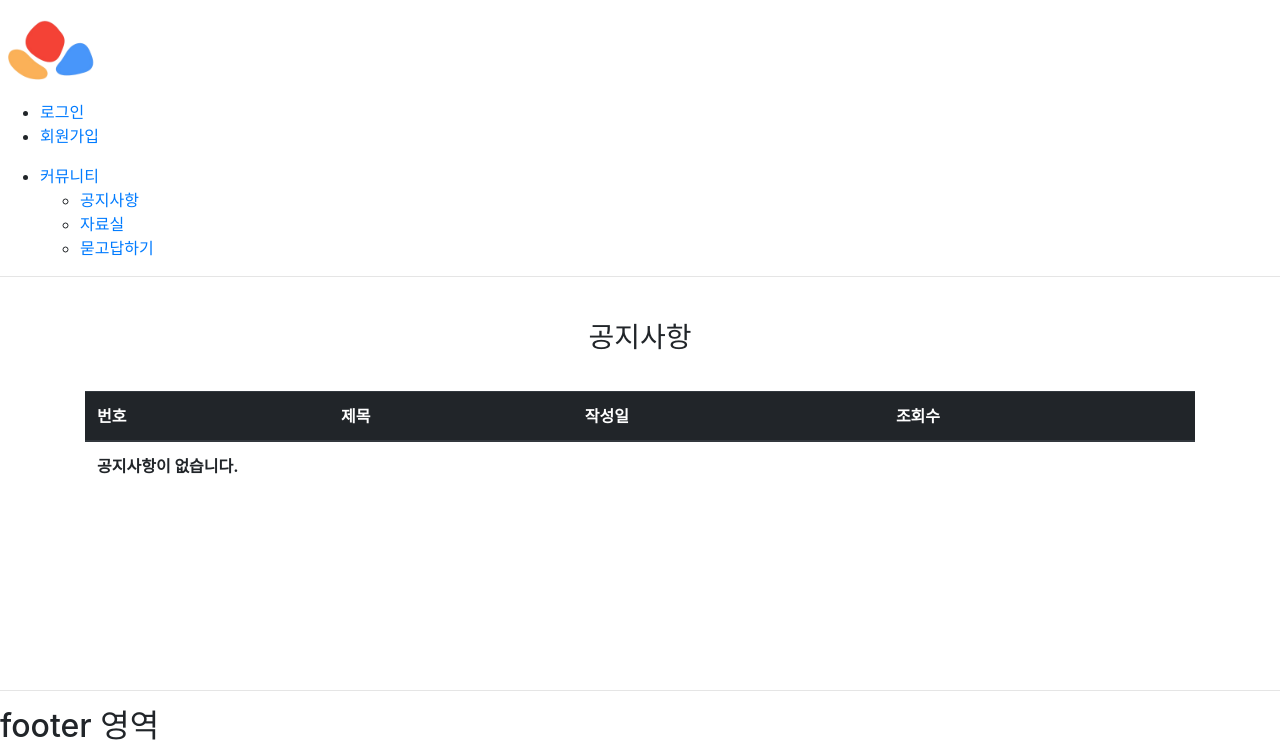
Repository: rnjsmj/pro01
Page: http://localhost/pro01/notice/noticeList.jsp
These files come from the project's save history. The page is drawn as it stood at one moment and after the next save; the edit follows.
The browser window is 1280 px wide. The pictures show the whole page.
The page is served by Tomcat 9. Nobody is signed in. The application's start-up code is not run. The template is opened directly, without the code that normally fills it, so the values that code supplies are empty.

Above is the page before, as saved 2024-04-04 06:03:26.

After the next save:
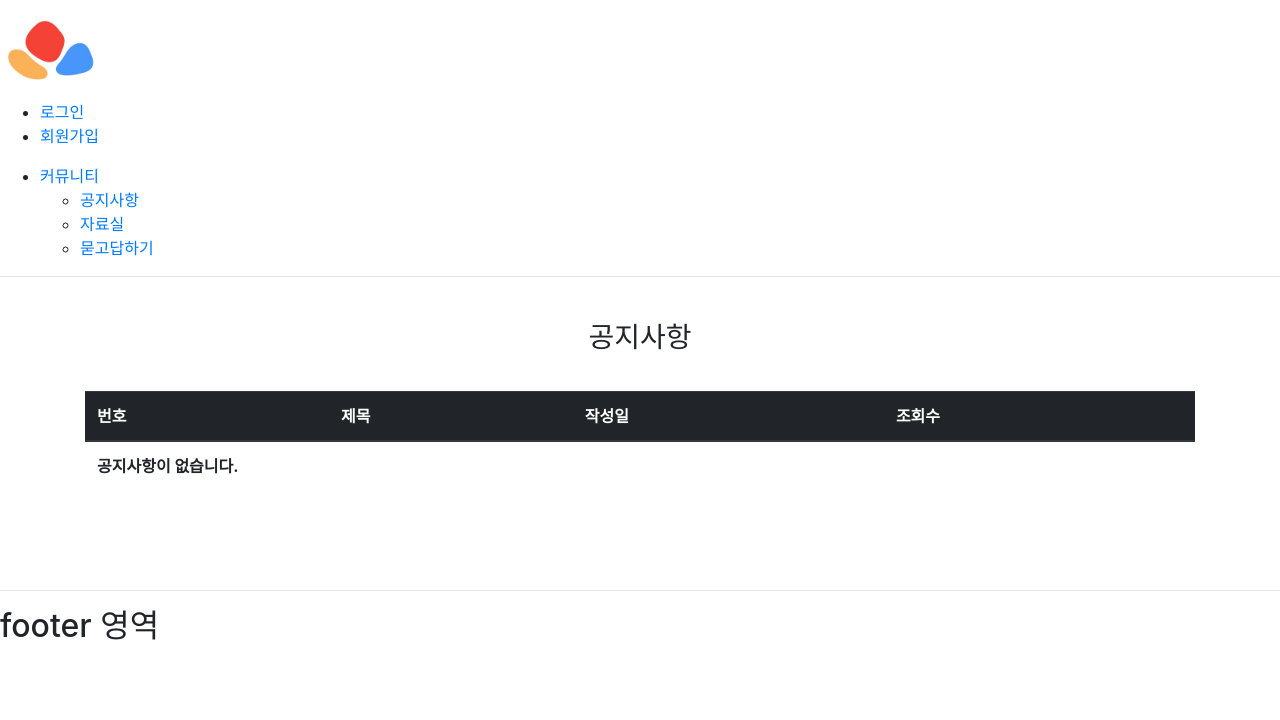
Saved 7 s later.
--- a/pro01/WebContent/notice/noticeList.jsp
+++ b/pro01/WebContent/notice/noticeList.jsp
@@ -11,7 +11,7 @@
 <%@ include file="/head.jsp" %>
 <style>
 	.title { text-align:center; padding:1em;}
-	.table { margin-bottom: 200px;}
+	.table { margin-bottom: 100px;}
 </style>
 </head>
 <body>
